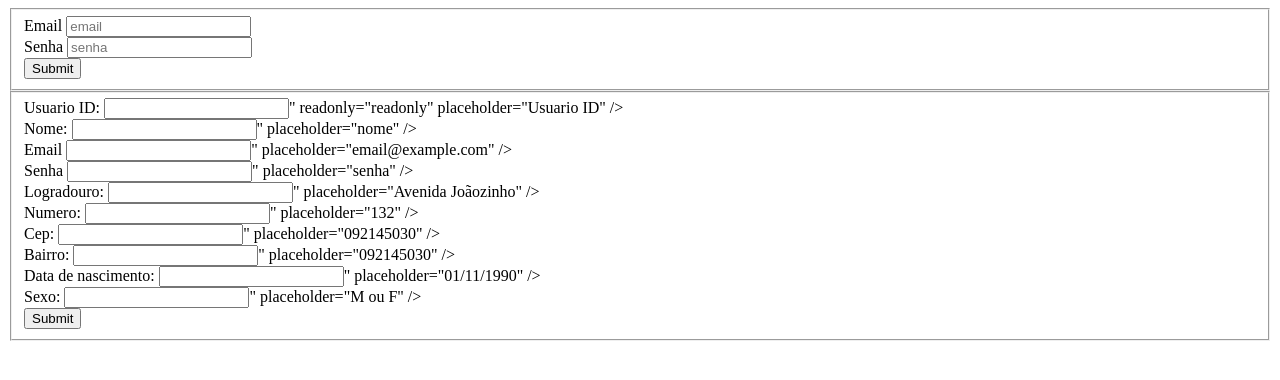
Repository: moises2112/Projetos
Page: http://localhost/Dog/LoginController.do?action=logar
These files come from the project's save history. The page is drawn as it stood at one moment and after the next save; the edit follows.
The browser window is 1280 px wide. The pictures show the whole page.
The page is served by Tomcat 9.

Above is the page before, as saved 2017-06-09 00:28:54.

After the next save:
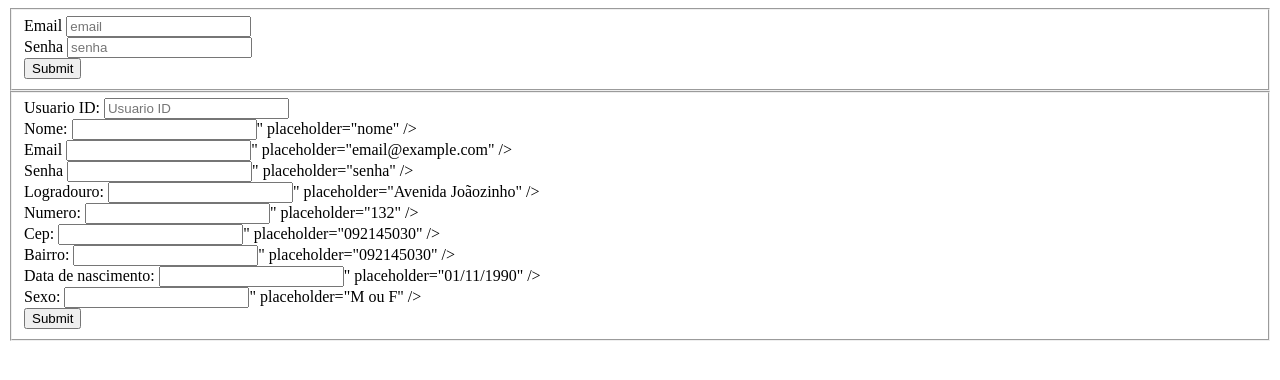
Saved 61 s later.
--- a/Dog/WebContent/login.jsp
+++ b/Dog/WebContent/login.jsp
@@ -30,8 +30,7 @@
 		<fieldset>
 			<div>
 				<label for="usuarioId">Usuario ID:</label> <input type="text"
-					name="usuarioId" />" readonly="readonly" placeholder="Usuario ID"
-				/>
+					name="usuarioId" placeholder="Usuario ID" />
 			</div>
 			<div>
 				<label for="nome">Nome:</label> <input type="text" name="nome" />"
@@ -63,8 +62,7 @@
 			</div>
 			<div>
 				<label for="dataNascimento">Data de nascimento:</label> <input
-					type="text" name="dataNascimento" />"
-				placeholder="01/11/1990" />
+					type="text" name="dataNascimento" />" placeholder="01/11/1990" />
 			</div>
 			<div>
 				<label for="sexo">Sexo:</label> <input type="text" name="sexo" />"
